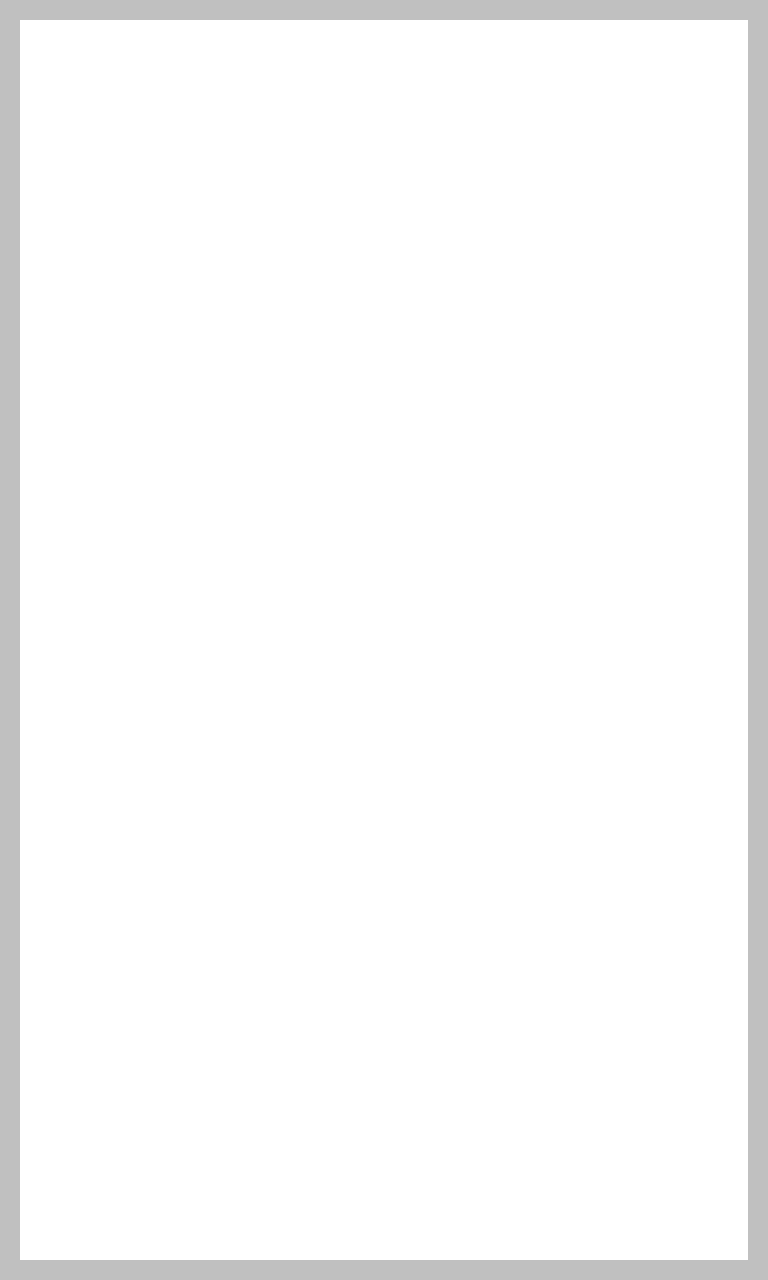
Repository: ShelfLifeApp/ShelfLife-Android
Layout: Implementation/ShelfLifeAndroid/res/layout/listitem_food.xml
An editor plug-in stored every save of this project. The layout is shown before and after the next save, followed by the edit.
It is drawn on a 768 x 1280 px phone screen (xhdpi) without system bars, with theme Theme.Sherlock.Light; the app's code is not run.

Above is the layout before, as saved 2013-05-10 06:05:51.

After the next save:
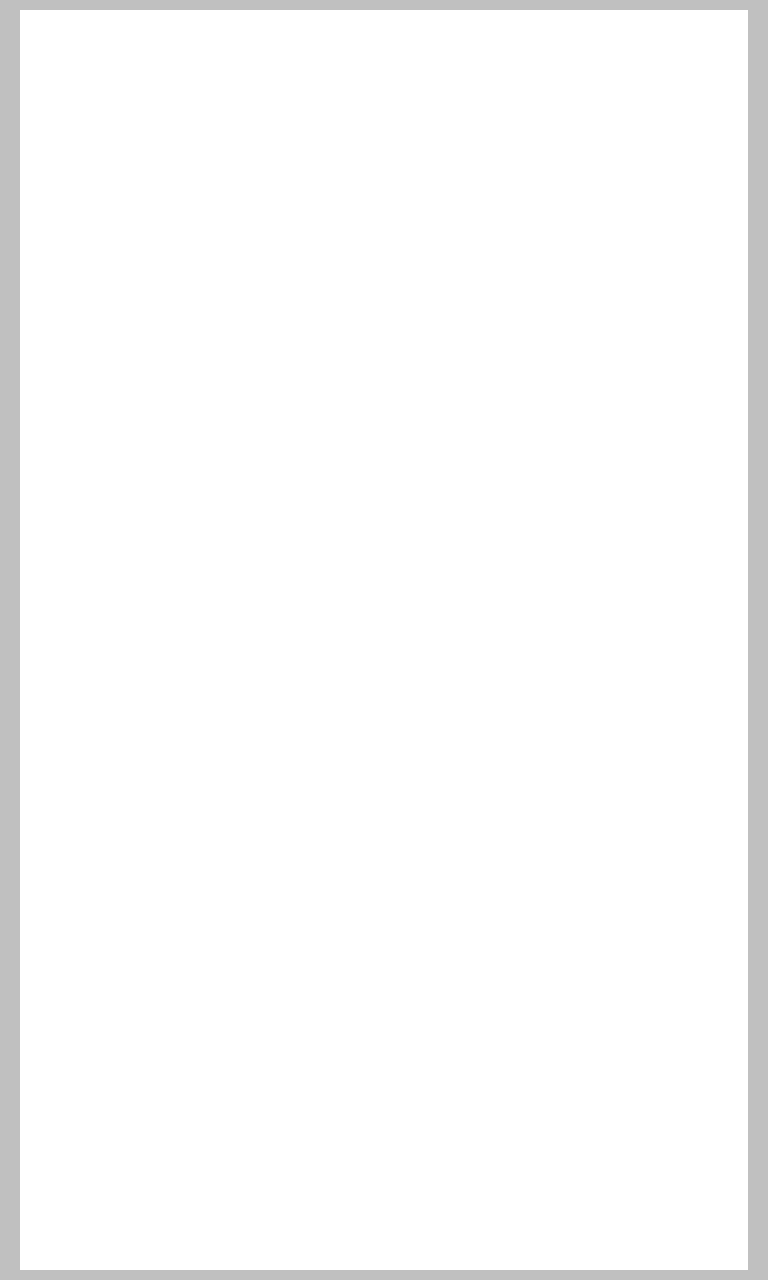
Saved 53 s later.
--- a/Implementation/ShelfLifeAndroid/res/layout/listitem_food.xml
+++ b/Implementation/ShelfLifeAndroid/res/layout/listitem_food.xml
@@ -4,7 +4,10 @@
     android:layout_height="match_parent"
     android:orientation="vertical"
     android:background="@color/listitem_background"
-    android:padding = "10dp">
+    android:paddingLeft = "10dp"
+    android:paddingRight="10dp"
+    android:paddingTop="5dp"
+    android:paddingBottom="5dp">
 
     <RelativeLayout
         android:layout_height="match_parent"
